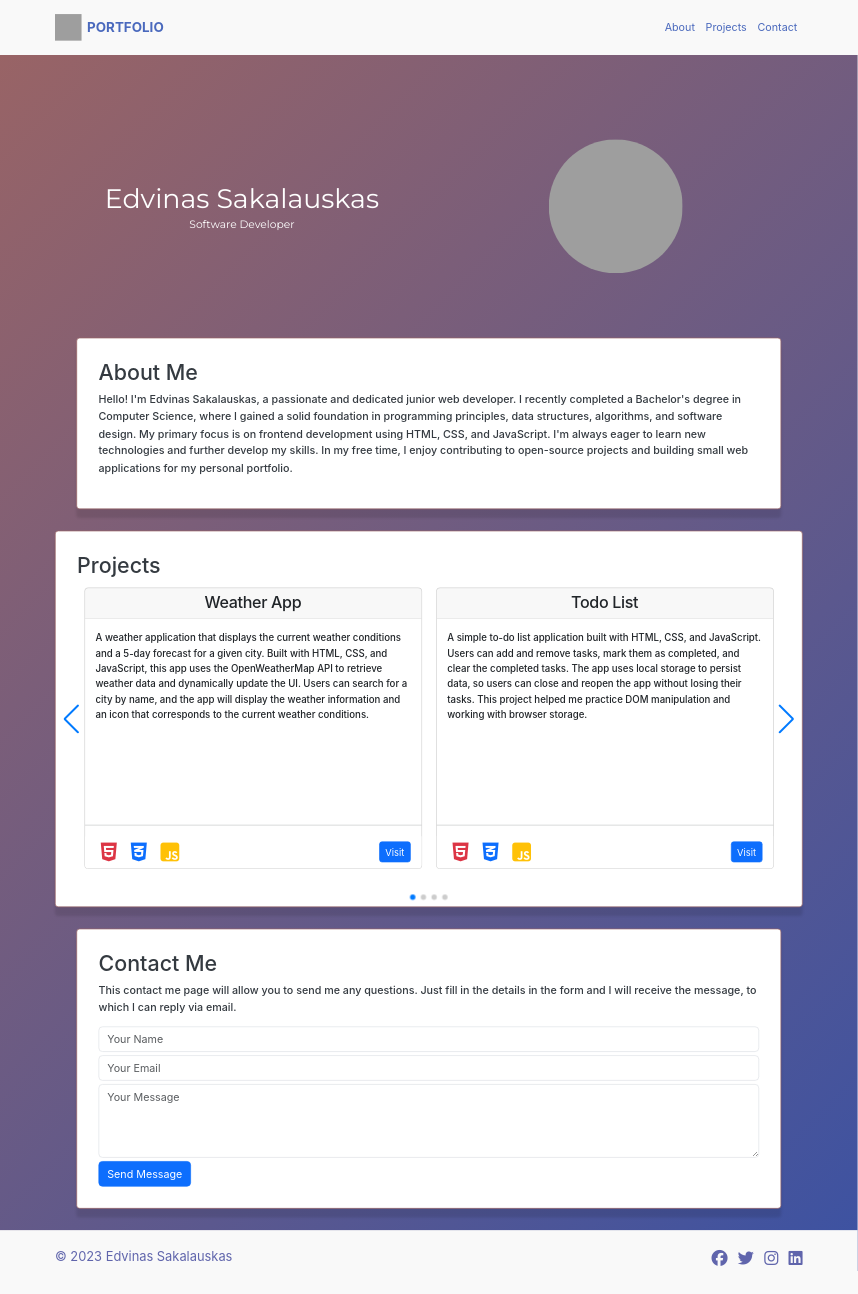
Repository: SakalauskasEdvinas/MyPorfolioWebsite
Page: index.html
An editor plug-in stored every save of this project. The page is shown before and after the next save, followed by the edit.
The browser window is 1280 px wide. The pictures show the whole page, at 67% of full size.
Pictures or frames that could not be fetched are drawn as grey boxes. Some web libraries are served in a nearby version.

Above is the page before, as saved 2023-04-17 10:57:33.

After the next save:
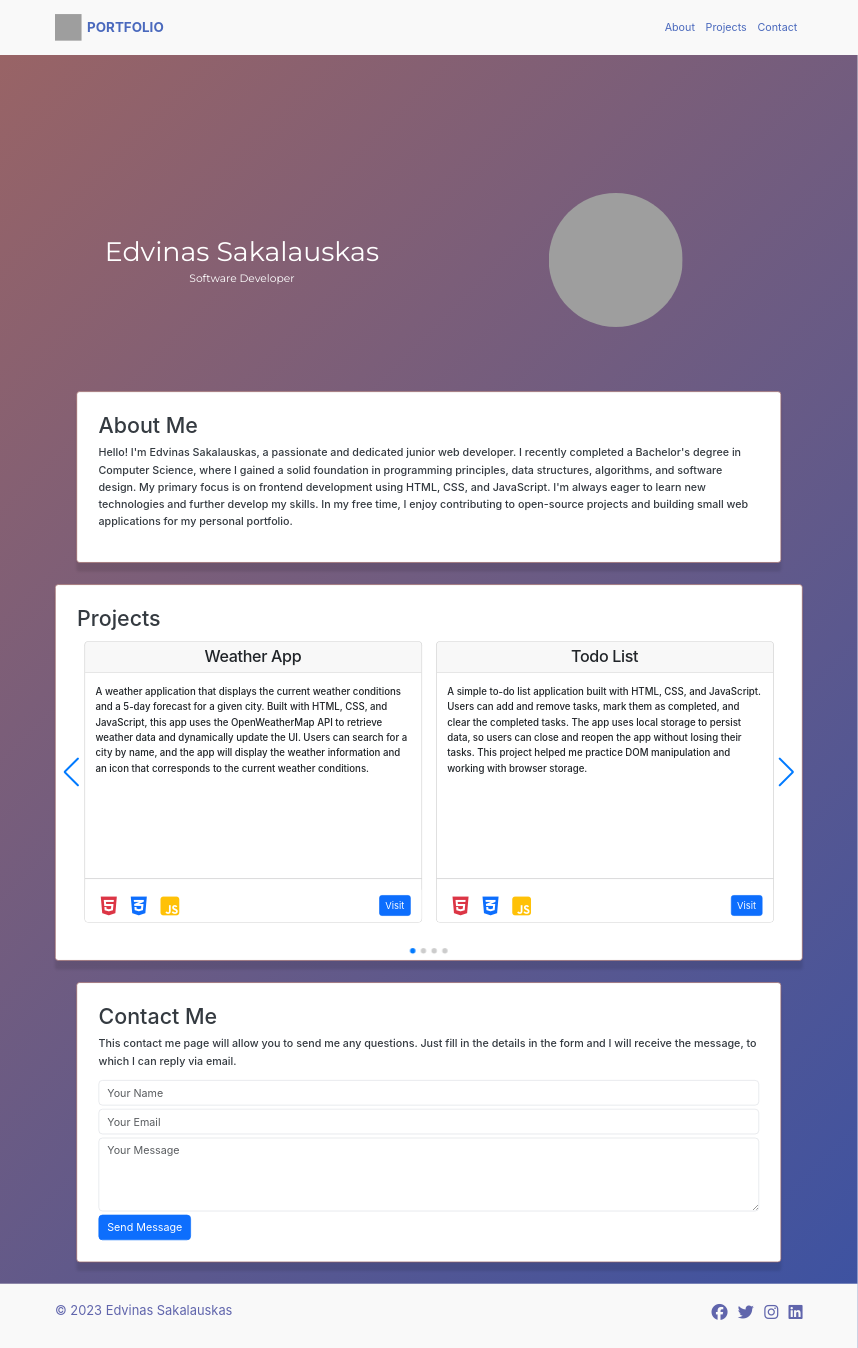
Saved 22 s later.
--- a/css/style.css
+++ b/css/style.css
@@ -13,7 +13,7 @@
   font-family: "Inter",sans-serif;
   color: #343a40;
   line-height: 1;
-  padding-top: 70px;
+  padding-top: 150px;
 }
 
 h3 {
